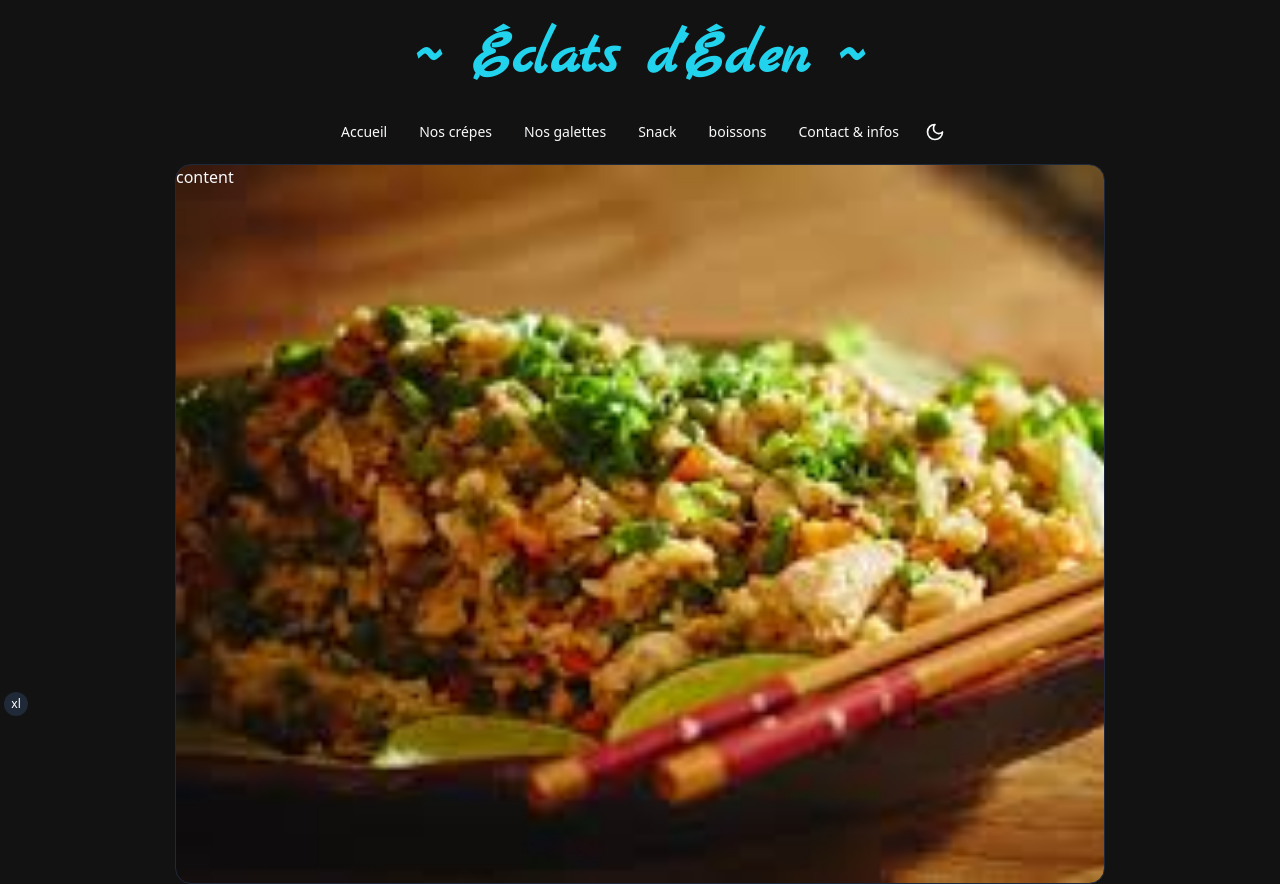
Repository: jeffMauritius/eclats-deden
Page: /schedule
These files come from the project's save history. The page is drawn as it stood at one moment and after the next save; the edit follows.
The browser window is 1280 px wide. The pictures show the whole page.
The project was rebuilt for these pictures with package versions that can differ from the ones it lists, and the page was loaded fresh each time. The framework's server and built-in components were replaced by stand-ins that run in the browser. Also part of the build but not shown: next.config.mjs.

Above is the page before, as saved 2024-08-13 07:03:59.

After the next save:
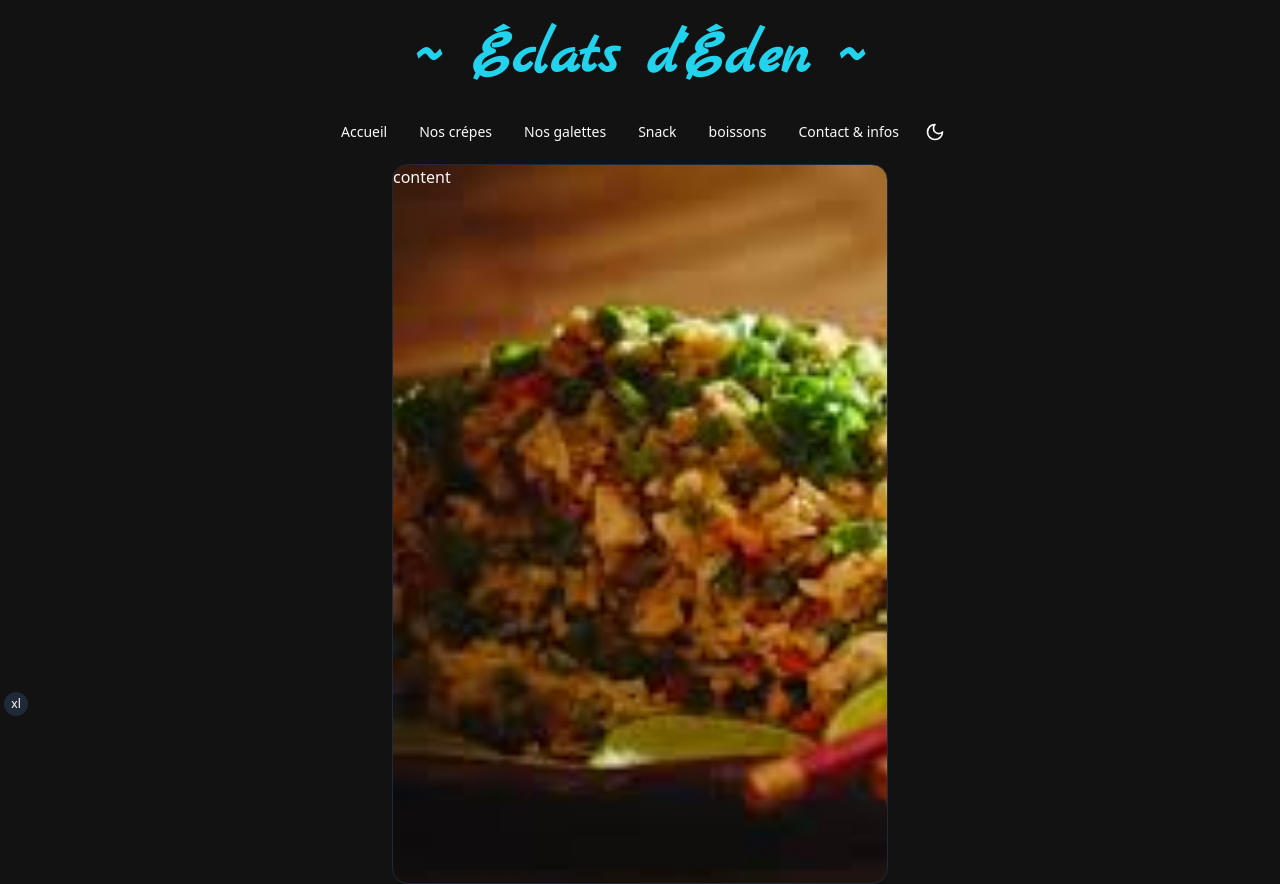
Saved 2 min 15 s later.
--- a/app/schedule/page.tsx
+++ b/app/schedule/page.tsx
@@ -2,7 +2,7 @@ const SchedulePage = () => {
   return (
     <div>
       <div className="flex justify-center">
-        <div className="absolute m-auto h-screen w-3/4 rounded-2xl border bg-[url('/riz.jpeg')] bg-cover ">
+        <div className="absolute m-auto h-screen w-2/5 rounded-2xl border bg-[url('/riz.jpeg')] bg-cover ">
           <div className="relative imageUrl={`bg-[url('/riz.jpeg')] bg-cover`}">
             content
           </div>
